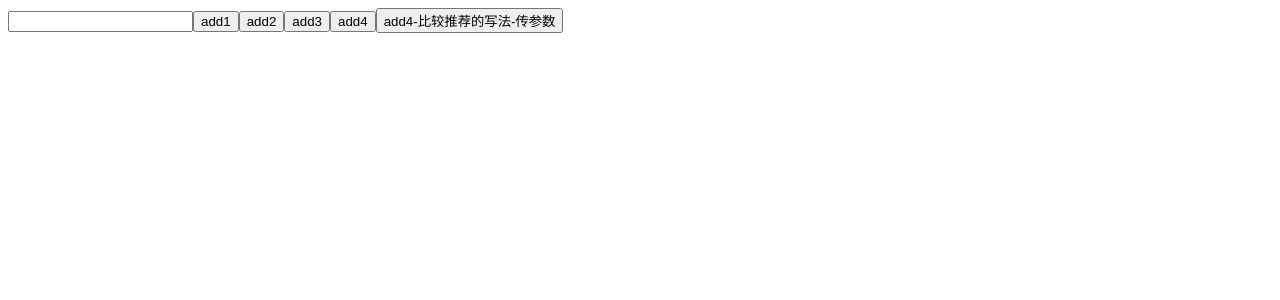
Repository: zenghao518518/React
Page: /
An editor plug-in stored every save of this project. The page is shown before and after the next save, followed by the edit.
The browser window is 1280 px wide. The pictures show the whole page.
The project was rebuilt for these pictures with package versions that can differ from the ones it lists, and the page was loaded fresh each time.

Above is the page before, as saved 2023-06-20 15:21:32.

After the next save:
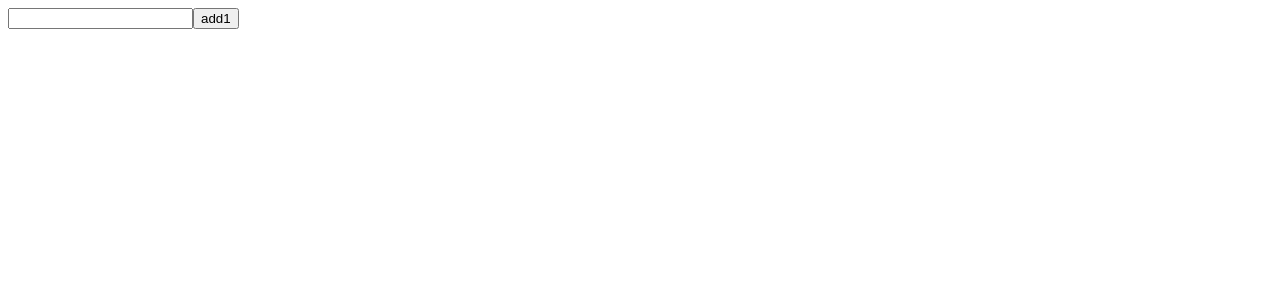
Saved 27 s later.
--- a/src/index.js
+++ b/src/index.js
@@ -8,7 +8,8 @@ import ReactDOM from 'react-dom/client'
 //import App from './01-base/03-组件的嵌套'
 //import App from './01-base/04-组件的样式'
 //import App from './01-base/05-事件绑定-1'
-import App from './01-base/06-事件绑定-2'
+//import App from './01-base/06-事件绑定-2'
+import App from './01-base/07-ref'
 let root = ReactDOM.createRoot(document.getElementById('root'));
 //root.render(<div>111111</div>);
 root.render(<App></App>);
